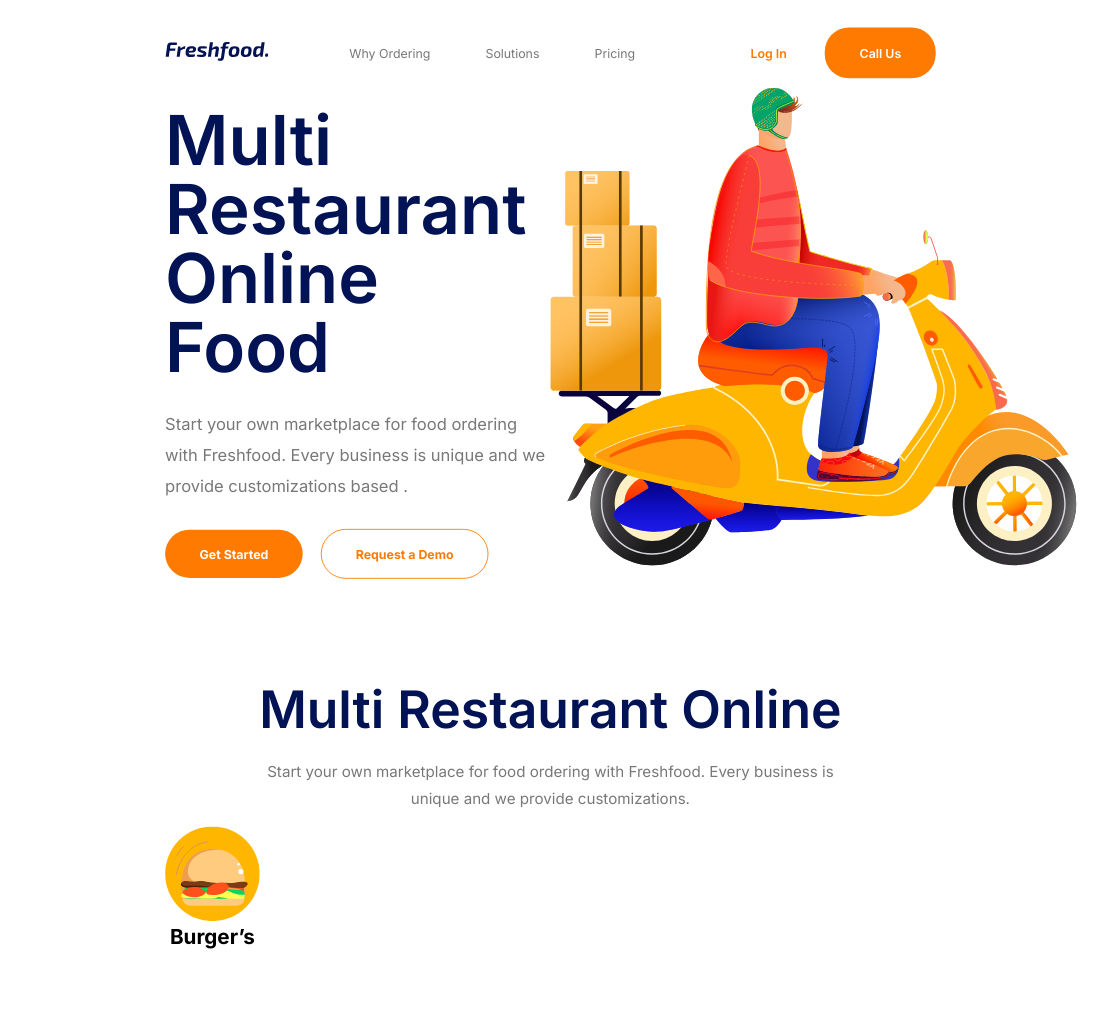
Repository: badhon252/FreshFood
Page: index.html
The author's editor kept a copy of each file at every save. The page is drawn from the files as they stood at one save, then again after the next save.
The browser window is 1280 px wide. The pictures show the whole page, at 86% of full size.
The style sheet was rebuilt from its Sass, Less or Tailwind sources for each picture, by a compiler version that may differ from the author's.

Above is the page before, as saved 2022-09-06 00:46:48.

After the next save:
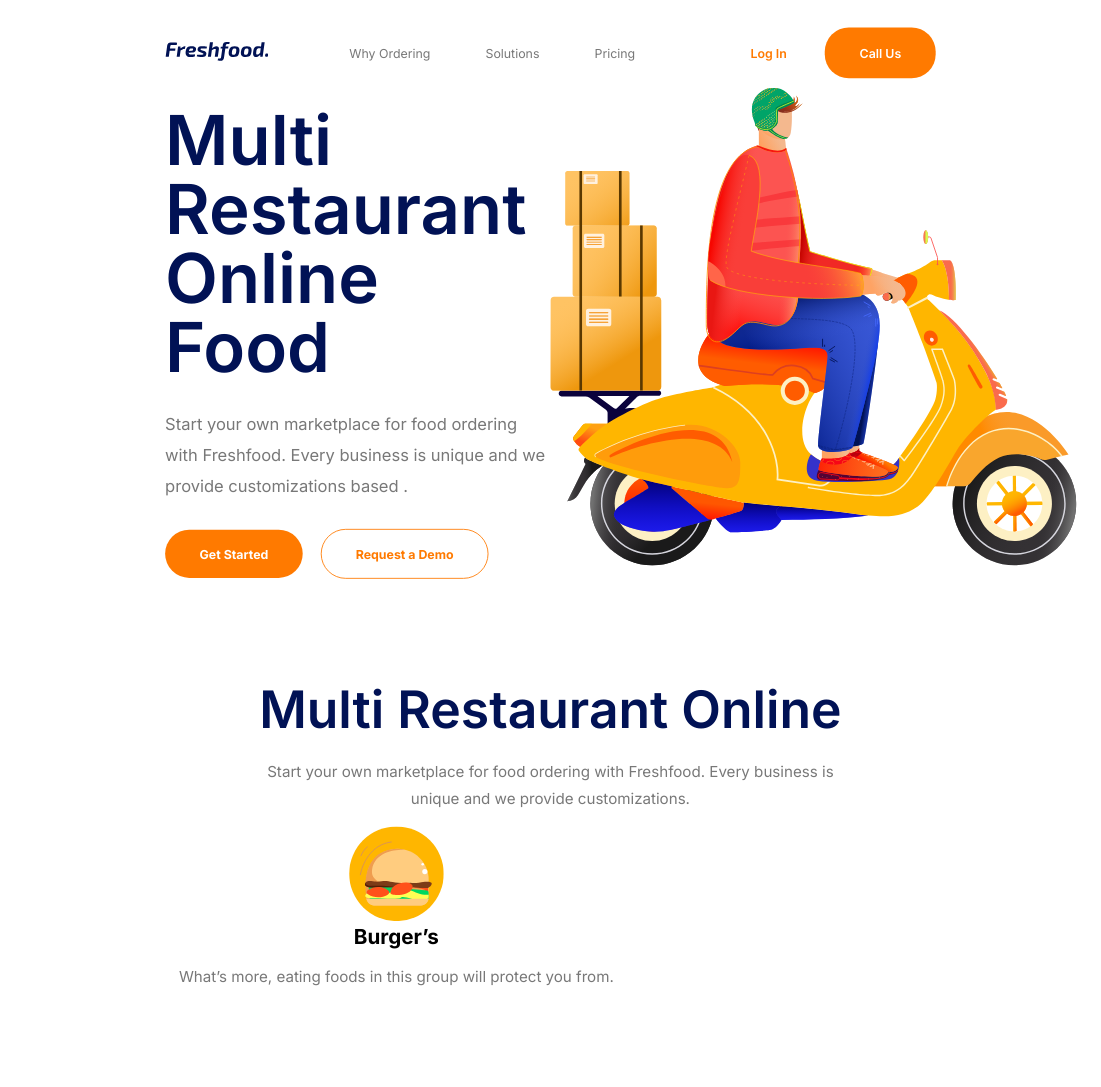
Saved 15 s later.
--- a/index.html
+++ b/index.html
@@ -51,6 +51,7 @@
         <div class="row">
             <div class="col-md-4"><img src="./images/Group 4463.svg" alt="">
                 <h2>Burger’s</h2>
+                <p>What’s more, eating foods in this group will protect you from.</p>
             </div>
             <div class="col-md-4"></div>
             <div class="col-md-4"></div>
